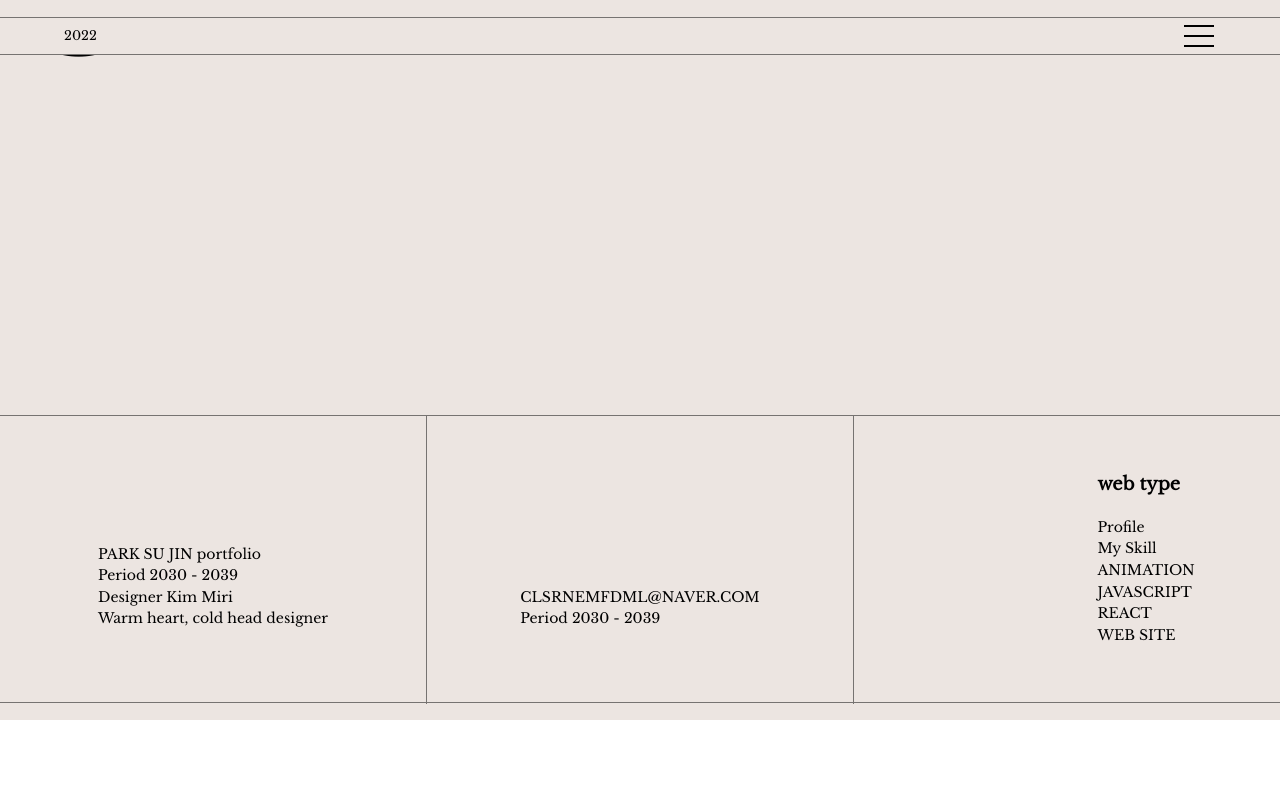
Repository: clsrnemfdml/portfolio_parksj_versiton1
Page: index.html
An editor plug-in stored every save of this project. The page is shown before and after the next save, followed by the edit.
The browser window is 1280 px wide. The pictures show the whole page.

Above is the page before, as saved 2021-09-07 07:57:37.

### index.html
<!DOCTYPE html>
<html lang="en">
<head>
    <meta charset="UTF-8">
    <meta http-equiv="X-UA-Compatible" content="IE=edge">
    <meta name="viewport" content="width=device-width, initial-scale=1.0">
    <title>parkjs portfolio</title>
    <meta name="descripsion" content="박수진의 포트폴리오 입니다.">
    <link rel="stylesheet" href="css/reset.css">
    <link rel="stylesheet" href="css/index.css">
    <style> @import url('https://fonts.googleapis.com/css2?family=Libre+Baskerville&display=swap');</style>
    <script src="js/index.js"></script>

</head>
<body>
    <div id="wrap">
        <section id="section1">
            <div class="wrap_portFolio">
                <div class="menu">
                    <p>2022</p>
                    <span>
                    </span>
                </div>
                <div class="content">
                    <svg width=30vw height=100vh> <text>ORDINARY CODE</text> </svg>

                </div>
                <div class="content_bottom">
                    <div class="rsum1">
                        <p>PARK SU JIN portfolio<br>
                        Period  2030 - 2039<br>
                        Designer   Kim Miri<br>
                        Warm heart, cold head designer</p>
                    </div>
                    <div class="rsum2">
                        <p>CLSRNEMFDML@NAVER.COM<br>
                        Period  2030 - 2039</p>
                    </div>
                    <div class="rsum3">
                        <ul>
                            <li class="fitst_write">web type</li>
                            <li>Profile</li>
                            <li>My Skill</li>
                            <li>ANIMATION</li>
                            <li>JAVASCRIPT</li>
                            <li>REACT</li>
                            <li>WEB SITE</li>
                        </ul>
                    </div>
                </div>
            </div>

        </section>
    </div>

</body>
</html>

### css/index.css


#wrap{width: 100%; height: auto;}




/*section1 */
#wrap #section1{height: 100vh; width: 100%; background: #ECE5E1;
    font-family: 'Libre Baskerville', serif; position: relative;}

#wrap #section1 .wrap_portFolio{
    width: 100%;
    height: 95vh;
    position: absolute;
    top: 50%;
    transform: translateY(-50%);
    border-bottom: 1px solid #767371;
    border-top: 1px solid #767371;
}

#wrap #section1 .menu{
    width: 100%;
    height: 5vh;
    border-bottom: 1px solid #767371;
    position: relative;
    font-size: 1vw;

}
#wrap #section1 .menu p{
    padding-left: 5%;
    position: absolute;
    top: 50%;
    transform: translateY(-50%);
}
#wrap #section1 .menu span{
    display: block;
    position: absolute;
    right: 4%;
    top: 50%;
    transform: translate(-50%, -50%);
    width: 30px;
    height: 2px;
    background: rgb(0, 0, 0);
    float: right;
}
    #wrap #section1 .menu span::before{
    content: '';
    width: 30px;
    height: 2px;
    background: rgb(0, 0, 0);
    position: absolute;
    left: 0;
    bottom: 10px;
    transform: rotate(0deg);
    transition-duration: .3s;
}
    #wrap #section1 .menu span::after{
        content: '';
        width: 30px;
        height: 2px;
        background: rgb(0, 0, 0);
        position: absolute;
        left: 0;
        top: 10px;
        transform: rotate(0deg);
        transition-duration: .3s;
    }

    #wrap #section1 .content{
        height: 50vh;
        position: relative;
        width: 100%;
        font-size: 13vw;
        /* text-align: center; */
        border-bottom: 1px solid #767371;


    }


    #wrap #section1 .content svg text{
        position: absolute;
        width: 100%;
        /* top: 50%;
        left: 50%;
        transform: translate(-50% , -50%); */
        font-weight: 300;
    }

    #wrap #section1 .content_bottom{
        width: 100%;
        height: 40vh;
        position: absolute;
        display: flex;
    }


    #wrap #section1 .content_bottom > div{
        width: 33.333%;
        height: auto;
        font-size: 1.1vw;





    }
    #wrap #section1 .content_bottom > div p{
        padding-bottom: 10px;
    }

    #wrap #section1 .content_bottom .rsum1{
        border-right: 1px solid #767371;
        display: flex;
        justify-content: center;
        align-items: flex-end;
        line-height: 3vh;
        padding-bottom: 5%;


    }
    #wrap #section1 .content_bottom .rsum2{
        border-right: 1px solid #767371;
        display: flex;
        justify-content: center;
        align-items: flex-end;
        line-height: 3vh;
        padding-bottom: 5%;
    }

    #wrap #section1 .content_bottom .rsum3{
        display: flex;
        justify-content: end;
        align-items: center;
        line-height: 3vh;
    }
    #wrap #section1 .content_bottom .rsum3 ul{
        padding: 0 20%;
    }

    #wrap #section1 .content_bottom .rsum3 .fitst_write{
        font-weight: bold;
        font-size: 1.4vw;
        padding-bottom: 3vh;
    }

Loaded but not shown: css/reset.css (common file); js/index.js (no stored copy; drawn as an empty file)

After the next save:
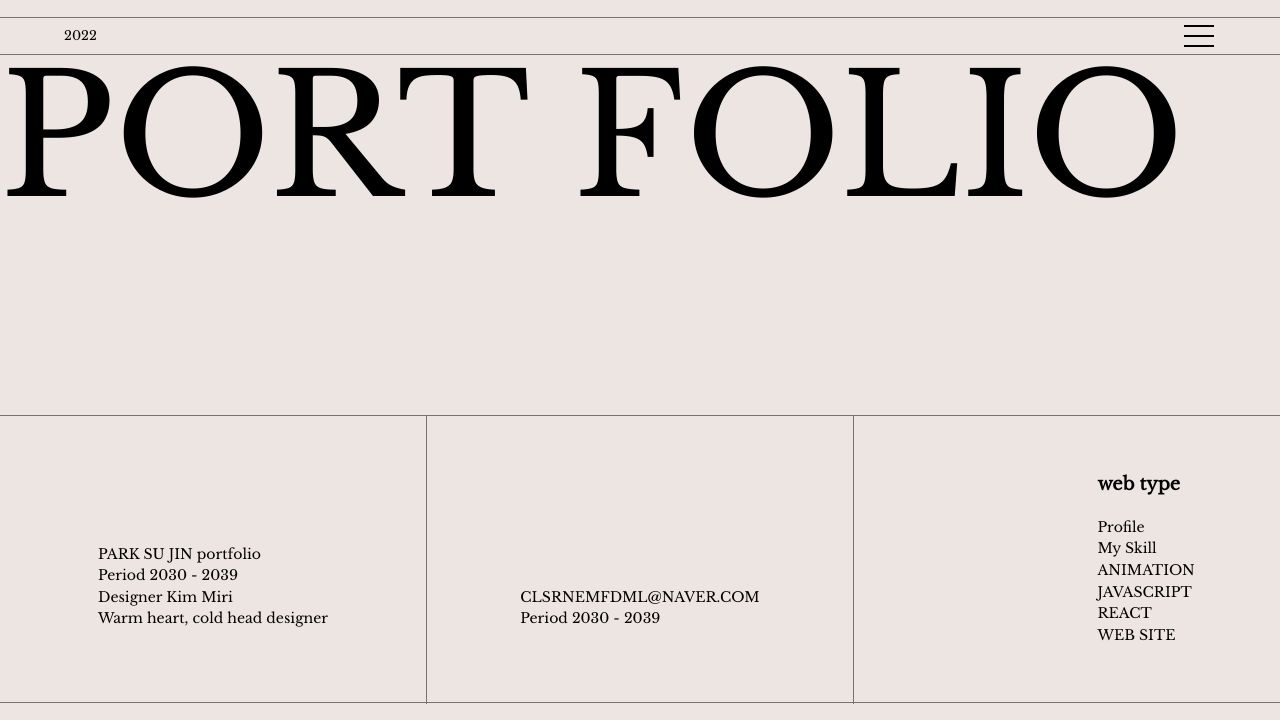
Saved 18 s later.
--- a/index.html
+++ b/index.html
@@ -22,8 +22,7 @@
                     </span>
                 </div>
                 <div class="content">
-                    <svg width=30vw height=100vh> <text>ORDINARY CODE</text> </svg>
-
+                    <h6>PORT FOLIO</h6>
                 </div>
                 <div class="content_bottom">
                     <div class="rsum1">
